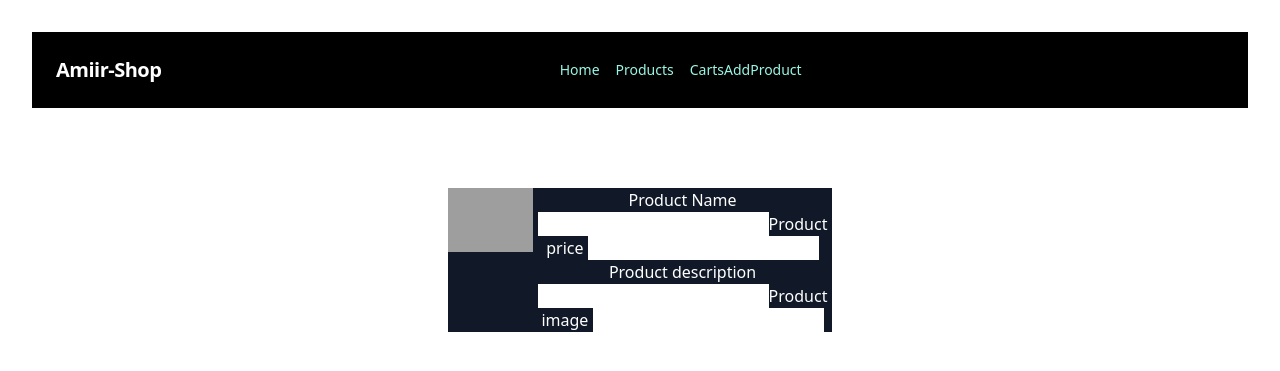
Repository: ENG-AMIIR-MUSE/ECommerce-app-using-react
Page: /addProducts
These files come from the project's save history. The page is drawn as it stood at one moment and after the next save; the edit follows.
The browser window is 1280 px wide. The pictures show the whole page.
Pictures or frames that could not be fetched are drawn as grey boxes. The page's requests for data from a server got no answer. The project was rebuilt for these pictures with package versions that can differ from the ones it lists, and the page was loaded fresh each time. No one was signed in, and anything a server would have sent is missing. Also part of the build but not shown: vite.config.js, src/Components/productList.js, src/Components/productCard.js.

Above is the page before, as saved 2023-06-24 19:01:09.

### src/main.jsx
import React from 'react'
import ReactDOM from 'react-dom/client'
import App from './App.jsx'
import './index.css'

import { BrowserRouter }  from 'react-router-dom'



ReactDOM.createRoot(document.getElementById('root')).render(
  <React.StrictMode>
    <BrowserRouter>
    <App />
    </BrowserRouter>

  </React.StrictMode>,

)

### src/App.jsx
import { useEffect } from 'react'
import { useState } from 'react'
import axios from 'axios'
import ProductList from './Components/ProductList'
import ProductCard from './Components/ProductCard'

import './App.css'

import {NavBar} from './Components/NavBar'
import {  Routes,Route } from 'react-router-dom'

import AddProduct from './Components/AddProduct'

function App() {
const [products,setProducts] =  useState([])

useEffect(()=>{
  axios.get('https://fakestoreapi.com/products')
  .then((response)=>{
    // console.log(response)
   setProducts(response.data)
  }).catch((er)=>{
    console.log(er.response)
  })

})

  return (
    <>

    {/* {console.log(products)} */}
    <NavBar/>

    {/* <ProductCard/> */}
    <Routes>
    <Route path="/"/>
    <Route path="/products" element={<ProductList products ={products}/>}/>

    <Route path="/products/:id" element={<ProductCard products = {products}/>}/>
  <Route path="/addProducts/" element={<AddProduct/>}/>
  </Routes>
    </>


  )


}

export default App

### src/Components/NavBar.jsx
import React from 'react'
import {Link } from 'react-router-dom'
 export function NavBar() {
  return (
    <>
    <nav className=" items-center justify-between flex-wrap bg-black p-6 mb-20 h-auto p-5">
  <div className="flex items-center flex-shrink-0 text-white mr-6">

    <span className="font-semibold text-xl tracking-tight">Amiir-Shop</span>


  <div className="w-full block flex-grow lg:flex lg:items-center lg:w-auto">
    <div className="text-sm lg:flex-grow">
      <Link to="/" className="block mt-4 lg:inline-block lg:mt-0 text-teal-200 hover:text-white mr-4">
        Home
      </Link>
      <Link to="/products" className="block mt-4 lg:inline-block lg:mt-0 text-teal-200 hover:text-white mr-4">
        Products
      </Link>
      <Link to="/carts" className="block mt-4 lg:inline-block lg:mt-0 text-teal-200 hover:text-white">
        Carts
      </Link>
      <Link to="/addProducts" className="block mt-4 lg:inline-block lg:mt-0 text-teal-200 hover:text-white">
        AddProduct
      </Link>
    </div>

  </div>
  </div>
</nav>
    </>
  )

 }

### src/Components/AddProduct.jsx
import React from "react";
import reactsvg from '../assets/react.svg'
const  AddProduct = ()=>{

    return(

        <div  className="bg-gray-900 text-white flex max-w-sm mx-auto  ">
          <div>
           <img src= {reactsvg}  alt="missing-product-image"/>
          </div>
          <div>
          <form>
           Product Name  <input type="text"/>
           Product price  <input type="text"/>
           Product description  <input type="text"/>
           Product image  <input type="text"/>

          </form>
          </div>
        </div>
    )
}
export default AddProduct;

Loaded but not shown: index.html (common file); src/index.css (common file); src/App.css (common file); tailwind.config.js (common file)

After the next save:
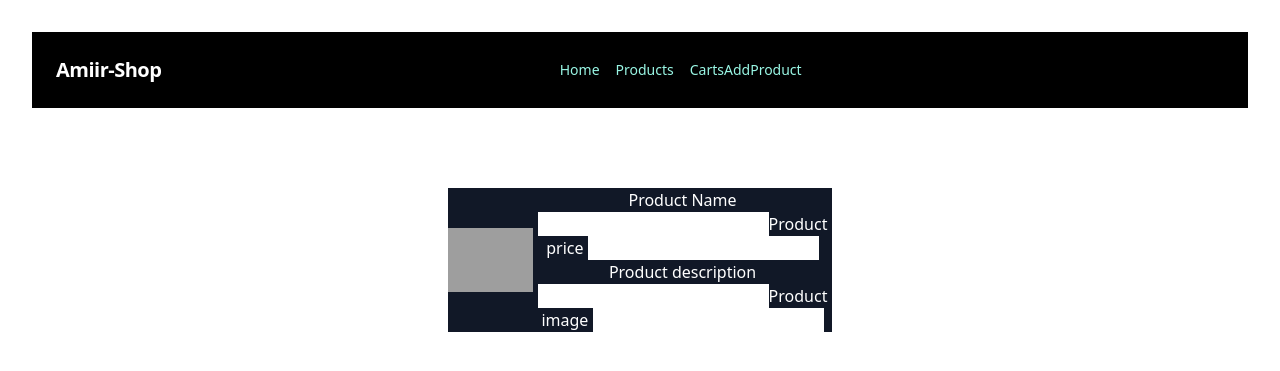
Saved 8 s later.
--- a/src/Components/AddProduct.jsx
+++ b/src/Components/AddProduct.jsx
@@ -4,7 +4,7 @@
 
     return(
 
-        <div  className="bg-gray-900 text-white flex max-w-sm mx-auto  ">
+        <div  className="bg-gray-900 text-white flex max-w-sm mx-auto justify-center items-center ">
           <div>
            <img src= {reactsvg}  alt="missing-product-image"/>
           </div>
